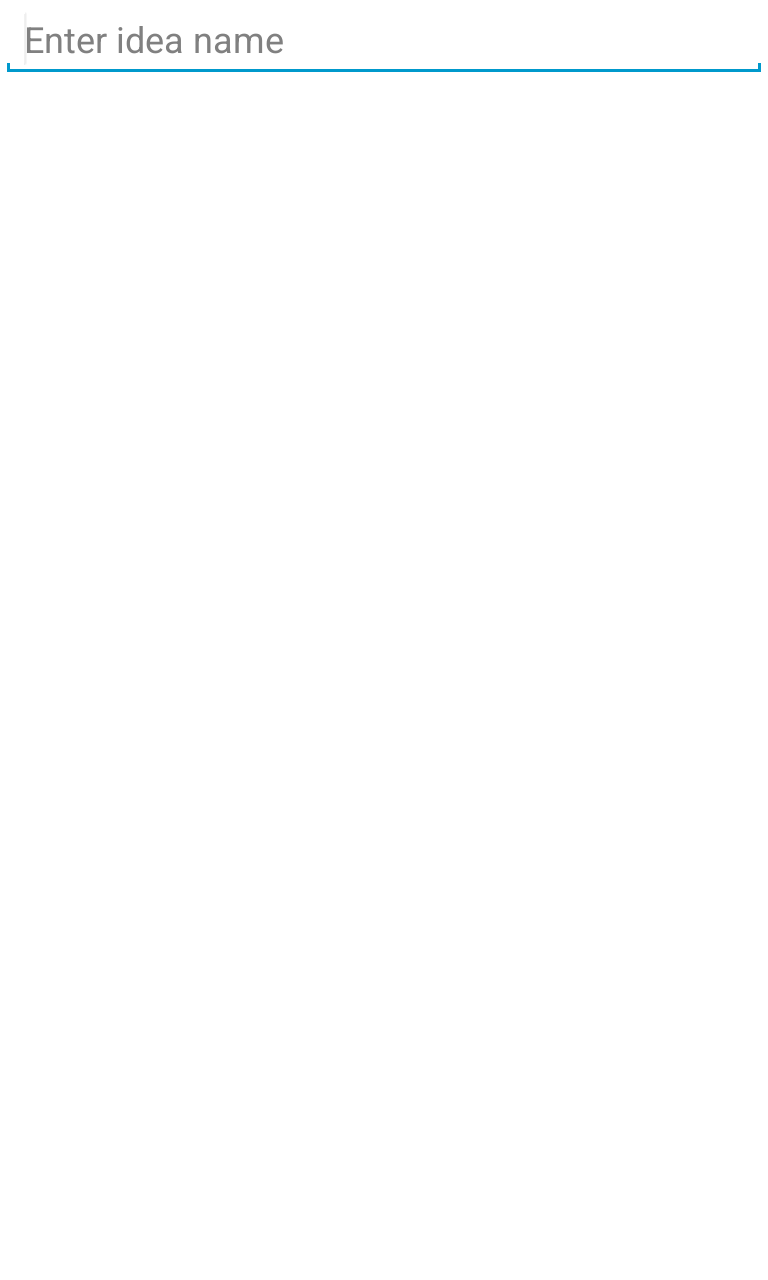
Repository: griffinfujioka/Ideas_Android
Layout: Ideas/res/layout/activity_new_idea.xml
An editor plug-in stored every save of this project. The layout is shown before and after the next save, followed by the edit.
It is drawn on a 768 x 1280 px phone screen (xhdpi) without system bars, with theme AppTheme; the app's code is not run.

Above is the layout before, as saved 2013-11-14 06:09:44.

### Ideas/res/layout/activity_new_idea.xml
<?xml version="1.0" encoding="utf-8"?>
<TableLayout xmlns:android="http://schemas.android.com/apk/res/android"
    android:layout_width="match_parent"
    android:layout_height="match_parent" >

    <TableRow
        android:id="@+id/titleRow"
        android:layout_width="wrap_content"
        android:layout_height="wrap_content" >

        <EditText
            android:id="@+id/ideaTitleTxtField"
            android:layout_width="wrap_content"
            android:layout_height="wrap_content"
            android:ems="10"
            android:hint="@string/enter_idea_name"
            android:layout_weight="1" >

            <requestFocus />
        </EditText>

    </TableRow>

</TableLayout>

### Ideas/res/values/strings.xml
<?xml version="1.0" encoding="utf-8"?>
<resources>

    <string name="app_name">Ideas</string>
    <string name="action_settings">Settings</string>
    <string name="new_idea">New Idea</string>
    <string name="hello_world">Hello world!</string>
    <string name="welcome">Welcome to Ideas for Android!</string>
    <string name="edit_message">Enter some text</string>
    <string name="button_send">Send</string>
    <string name="enter_idea_name">Enter idea name</string>

</resources>

Loaded but not shown: Ideas/res/values/styles.xml (common file); Ideas/res/values-v11/styles.xml (common file); Ideas/res/values-v14/styles.xml (common file)

After the next save:
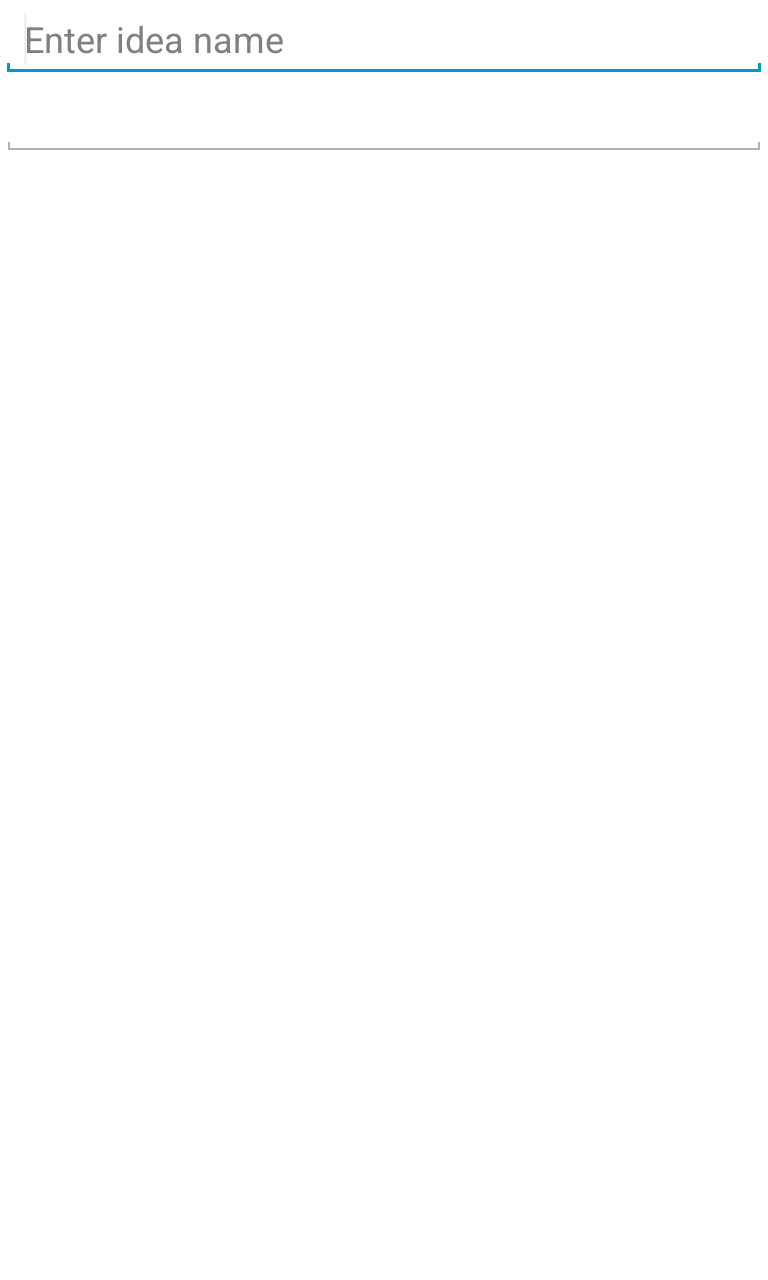
Saved 98 s later.
--- a/Ideas/res/layout/activity_new_idea.xml
+++ b/Ideas/res/layout/activity_new_idea.xml
@@ -21,4 +21,19 @@
 
     </TableRow>
 
+    <TableRow
+        android:id="@+id/descriptionRow"
+        android:layout_width="wrap_content"
+        android:layout_height="wrap_content" >
+
+        <EditText
+            android:id="@+id/editText1"
+            android:layout_width="wrap_content"
+            android:layout_height="wrap_content"
+            android:ems="10"
+            android:inputType="textMultiLine"
+            android:layout_weight="1"/>
+
+    </TableRow>
+
 </TableLayout>
